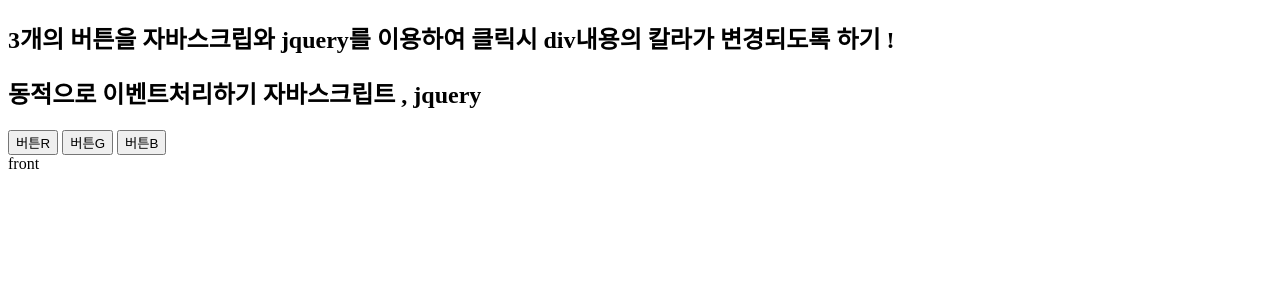
Repository: GTEM0/Acorn-classEdue2-java2-
Page: ajaxPrj_09_6/src/main/webapp/실습과제.html
These files come from the project's save history. The page is drawn as it stood at one moment and after the next save; the edit follows.
The browser window is 1280 px wide. The pictures show the whole page.

Above is the page before, as saved 2023-09-06 02:31:47.

### ajaxPrj_09_6/src/main/webapp/실습과제.html
<!DOCTYPE html>
<html>
<head>
<meta charset="UTF-8">
<title>Insert title here</title>
<script src="http://ajax.googleapis.com/ajax/libs/jquery/3.7.0/jquery.min.js"></script>
<script>
	function changeCss(){
			alert("dfdfdf");
			let div = document.querySelector("#wrap");
			div.style.color="red";

		}
		function changeCss2(){
			alert("dfdfdf");
			let div = document.querySelector("#wrap");
			div.style.color="purple";

		}
		function changeCss3(){

			$("#wrap").css("color", "blue");
		}
	</script>


</head>
<body>

<h2> 3개의 버튼을 자바스크립와 jquery를 이용하여 클릭시  div내용의 칼라가 변경되도록 하기 ! </h2>

<h2>동적으로 이벤트처리하기 자바스크립트 , jquery </h2>
<button id="btn1" onclick="changeCss()">버튼R</button>
<button id="btn2" onclick="changeCss2()">버튼G</button>
<button id="btn3" onclick="changeCss3()">버튼B</button>

<div id="wrap">  front </div>
</body>
</html>

After the next save:
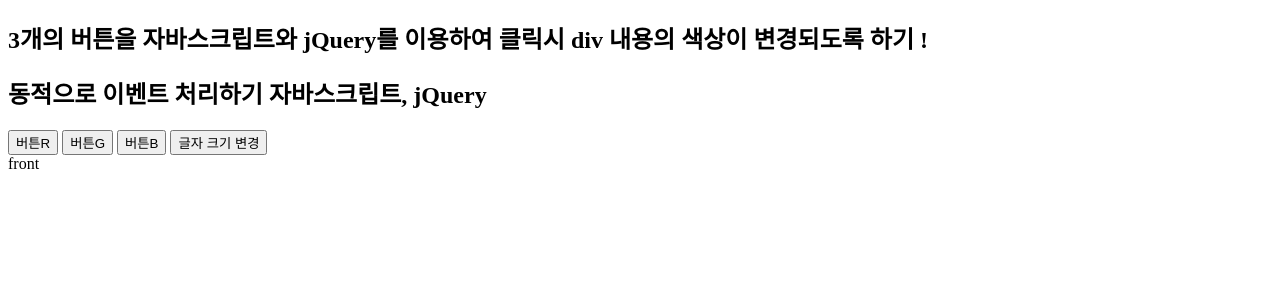
Saved 2 min 0 s later.
--- a/ajaxPrj_09_6/src/main/webapp/실습과제.html
+++ b/ajaxPrj_09_6/src/main/webapp/실습과제.html
@@ -6,33 +6,36 @@
 <script src="http://ajax.googleapis.com/ajax/libs/jquery/3.7.0/jquery.min.js"></script>
 <script>
 	function changeCss(){
-			alert("dfdfdf");
-			let div = document.querySelector("#wrap");
-			div.style.color="red";
+		alert("dfdfdf");
+		let div = document.querySelector("#wrap");
+		div.style.color = "red";
+	}
+	function changeCss2(){
+		alert("dfdfdf");
+		let div = document.querySelector("#wrap");
+		div.style.color = "purple";
+	}
+	function changeCss3(){
+		$("#wrap").css("color", "blue");
+	}
 
-		}
-		function changeCss2(){
-			alert("dfdfdf");
-			let div = document.querySelector("#wrap");
-			div.style.color="purple";
-
-		}
-		function changeCss3(){
-
-			$("#wrap").css("color", "blue");
-		}
-	</script>
-
-
+	function changeFontSize() {
+		let heading = document.querySelector("h2");
+		let currentSize = parseInt(window.getComputedStyle(heading).fontSize);
+		let newSize = currentSize + 5;
+		heading.style.fontSize = newSize + "px";
+	}
+</script>
 </head>
 <body>
 
-<h2> 3개의 버튼을 자바스크립와 jquery를 이용하여 클릭시  div내용의 칼라가 변경되도록 하기 ! </h2>
+<h2> 3개의 버튼을 자바스크립트와 jQuery를 이용하여 클릭시  div 내용의 색상이 변경되도록 하기 ! </h2>
 
-<h2>동적으로 이벤트처리하기 자바스크립트 , jquery </h2>
+<h2>동적으로 이벤트 처리하기 자바스크립트, jQuery</h2>
 <button id="btn1" onclick="changeCss()">버튼R</button>
 <button id="btn2" onclick="changeCss2()">버튼G</button>
 <button id="btn3" onclick="changeCss3()">버튼B</button>
+<button id="btn4" onclick="changeFontSize()">글자 크기 변경</button>
 
 <div id="wrap">  front </div>
 </body>
